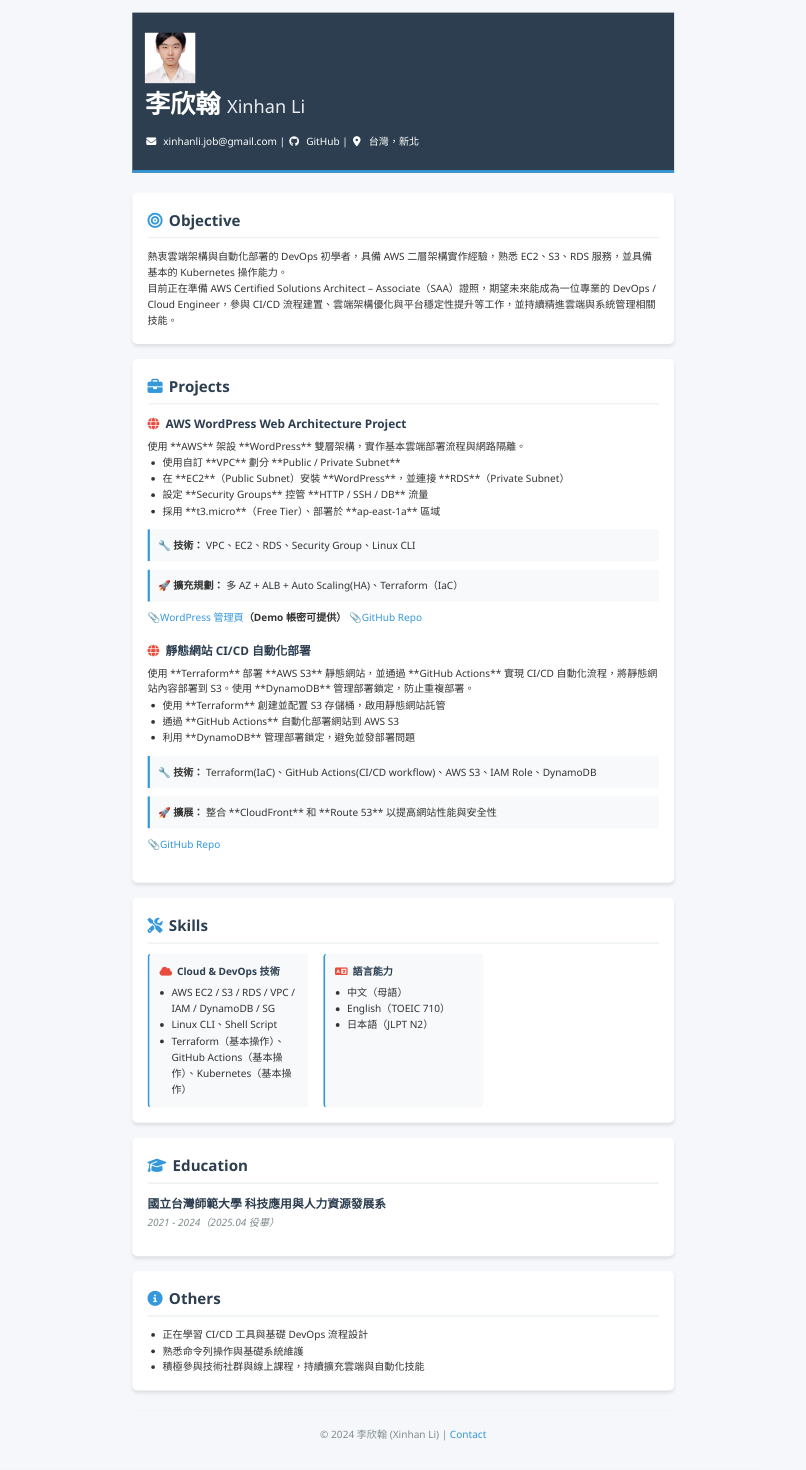
Repository: Graylee0128/aws-tf-ga-personal-website
Page: index.html
An editor plug-in stored every save of this project. The page is shown before and after the next save, followed by the edit.
The browser window is 1280 px wide. The pictures show the whole page, at 63% of full size.

Above is the page before, as saved 2025-04-22 12:36:05.

### index.html
<!DOCTYPE html>
<html lang="zh-TW">
<head>
    <meta charset="UTF-8">
    <meta name="viewport" content="width=device-width, initial-scale=1.0">
    <title>李欣翰 (Xinhan Li) | DevOps & Cloud Engineer</title>
    <link rel="stylesheet" href="/styles/styles.css">
    <link rel="stylesheet" href="https://cdnjs.cloudflare.com/ajax/libs/font-awesome/6.4.0/css/all.min.css">
</head>
<body>
    <div class="container">
        <header>
            <div class="header-content">
                <div class="avatar-container" style="width:80px; height:80px;">
                    <img src="/images/head.JPG" alt="大頭" style="width:100%; height:100%; object-fit:cover;">
                </div>
                <h1>李欣翰 <span class="en-name">Xinhan Li</span></h1>
                <div class="contact-info">
                    <p><i class="fas fa-envelope"></i> <a href="mailto:xinhanli.job@gmail.com">xinhanli.job@gmail.com</a> |
                    <i class="fab fa-github"></i> <a href="https://github.com/yourusername" target="_blank">GitHub</a> |
                    <i class="fas fa-map-marker-alt"></i> 台灣，新北</p>
                </div>
            </div>
        </header>

        <main>
            <section class="card">
                <h2><i class="fas fa-bullseye"></i> Objective</h2>
                <p>熱衷雲端架構與自動化部署的 DevOps 初學者，具備 AWS 二層架構實作經驗，熟悉 EC2、S3、RDS 服務，並具備基本的 Kubernetes 操作能力。</p>
                <p>目前正在準備 AWS Certified Solutions Architect – Associate（SAA）證照，期望未來能成為一位專業的 DevOps / Cloud Engineer，參與 CI/CD 流程建置、雲端架構優化與平台穩定性提升等工作，並持續精進雲端與系統管理相關技能。</p>
            </section>

            <section class="card">
                <h2><i class="fas fa-briefcase"></i> Projects</h2>

                <div class="project">
                    <h3><i class="fas fa-globe"></i> AWS WordPress Web Architecture Project</h3>
                    <p>使用 **AWS** 架設 **WordPress** 雙層架構，實作基本雲端部署流程與網路隔離。</p>
                    <ul>
                        <li>使用自訂 **VPC** 劃分 **Public / Private Subnet**</li>
                        <li>在 **EC2**（Public Subnet）安裝 **WordPress**，並連接 **RDS**（Private Subnet）</li>
                        <li>設定 **Security Groups** 控管 **HTTP / SSH / DB** 流量</li>
                        <li>採用 **t3.micro**（Free Tier）、部署於 **ap-east-1a** 區域</li>
                    </ul>
                    <div class="tech-box">
                        <strong>🔧 技術：</strong> VPC、EC2、RDS、Security Group、Linux CLI
                    </div>
                    <div class="tech-box">
                        <strong>🚀 擴充規劃：</strong> 多 AZ + ALB + Auto Scaling(HA)、Terraform（IaC）
                    </div>
                    <div class="demo-link">
                        <strong>📎<a href="http://18.162.194.92/wp-admin/" target="_blank">WordPress 管理頁</a>（Demo 帳密可提供）</strong>
                        <strong>📎<a href="https://github.com/Graylee0128/aws-web-project" target="_blank">GitHub Repo</a></strong>
                    </div>
                </div>

                <div class="project">
                    <h3><i class="fas fa-globe"></i> 靜態網站 CI/CD 自動化部署</h3>
                    <p>使用 **Terraform** 部署 **AWS S3** 靜態網站，並通過 **GitHub Actions** 實現 CI/CD 自動化流程，將靜態網站內容部署到 S3。使用 **DynamoDB** 管理部署鎖定，防止重複部署。</p>
                    <ul>
                        <li>使用 **Terraform** 創建並配置 S3 存儲桶，啟用靜態網站託管</li>
                        <li>通過 **GitHub Actions** 自動化部署網站到 AWS S3</li>
                        <li>利用 **DynamoDB** 管理部署鎖定，避免並發部署問題</li>
                    </ul>
                    <div class="tech-box">
                        <strong>🔧 技術：</strong> Terraform(IaC)、GitHub Actions(CI/CD workflow)、AWS S3、IAM Role、DynamoDB
                    </div>
                    <div class="tech-box">
                        <strong>🚀 擴展：</strong> 整合 **CloudFront** 和 **Route 53** 以提高網站性能與安全性
                    </div>
                    <div class="demo-link">
                        <strong>📎<a href="https://github.com/Graylee0128/aws-tf-ga-personal-website" target="_blank">GitHub Repo</a></strong>
                    </div>
                </div>
            </section>

            <section class="card">
                <h2><i class="fas fa-tools"></i> Skills</h2>
                <div class="skills-container">
                    <div class="skill-category">
                        <h4><i class="fas fa-cloud"></i> Cloud & DevOps 技術</h4>
                        <ul>
                            <li>AWS EC2 / S3 / RDS / VPC / IAM / DynamoDB / SG</li>
                            <li>Linux CLI、Shell Script</li>
                            <li>Terraform（基本操作）、GitHub Actions（基本操作）、Kubernetes（基本操作）</li>
                        </ul>
                    </div>
                    <div class="skill-category">
                        <h4><i class="fas fa-language"></i> 語言能力</h4>
                        <ul>
                            <li>中文（母語）</li>
                            <li>English（TOEIC 710）</li>
                            <li>日本語（JLPT N2）</li>
                        </ul>
                    </div>
                </div>
            </section>


            <section class="card">
                <h2><i class="fas fa-graduation-cap"></i> Education</h2>
                <div class="education-item">
                    <h3>國立台灣師範大學 科技應用與人力資源發展系</h3>
                    <p class="date">2021 - 2024（2025.04 役畢）</p>
                </div>
            </section>

            <section class="card">
                <h2><i class="fas fa-info-circle"></i> Others</h2>
                <ul class="others-list">
                    <li>正在學習 CI/CD 工具與基礎 DevOps 流程設計</li>
                    <li>熟悉命令列操作與基礎系統維護</li>
                    <li>積極參與技術社群與線上課程，持續擴充雲端與自動化技能</li>
                </ul>
            </section>
        </main>

        <footer>
            <p>© 2024 李欣翰 (Xinhan Li) | <a href="mailto:xinhanli.job@gmail.com">Contact</a></p>
        </footer>
    </div>
</body>
</html>

### styles/styles.css
/* Base Styles */
:root {
    --primary-color: #3498db;
    --secondary-color: #2c3e50;
    --accent-color: #e74c3c;
    --light-color: #ecf0f1;
    --dark-color: #2c3e50;
    --text-color: #333;
    --text-light: #7f8c8d;
    --card-shadow: 0 4px 6px rgba(0, 0, 0, 0.1);
    --transition: all 0.3s ease;
}

* {
    margin: 0;
    padding: 0;
    box-sizing: border-box;
}

body {
    font-family: 'Segoe UI', Tahoma, Geneva, Verdana, sans-serif;
    line-height: 1.6;
    color: var(--text-color);
    background-color: #f5f7fa;
    padding: 0;
    margin: 0;
}

.container {
    max-width: 900px;
    margin: 0 auto;
    padding: 20px;
}

/* Header Styles */
header {
    background-color: var(--secondary-color);
    color: white;
    padding: 2rem 0;
    margin-bottom: 2rem;
    border-bottom: 4px solid var(--primary-color);
}

.header-content {
    max-width: 900px;
    margin: 0 auto;
    padding: 0 20px;
}

h1 {
    font-size: 2.5rem;
    margin-bottom: 0.5rem;
}

.en-name {
    font-weight: normal;
    font-size: 1.8rem;
    opacity: 0.9;
}

.contact-info {
    margin-top: 1rem;
}

.contact-info a {
    color: white;
    text-decoration: none;
    transition: var(--transition);
}

.contact-info a:hover {
    color: var(--primary-color);
}

.contact-info i {
    margin-right: 5px;
    width: 20px;
    text-align: center;
}

/* Card Styles */
.card {
    background: white;
    border-radius: 8px;
    padding: 1.5rem;
    margin-bottom: 1.5rem;
    box-shadow: var(--card-shadow);
    transition: var(--transition);
}

.card:hover {
    transform: translateY(-5px);
    box-shadow: 0 10px 20px rgba(0, 0, 0, 0.1);
}

.card h2 {
    color: var(--secondary-color);
    margin-bottom: 1rem;
    padding-bottom: 0.5rem;
    border-bottom: 2px solid var(--light-color);
    display: flex;
    align-items: center;
}

.card h2 i {
    margin-right: 10px;
    color: var(--primary-color);
}

/* Project Styles */
.project {
    margin-bottom: 1.5rem;
}

.project h3 {
    color: var(--dark-color);
    margin-bottom: 0.5rem;
    display: flex;
    align-items: center;
}

.project h3 i {
    margin-right: 10px;
    color: var(--accent-color);
}

.project ul {
    margin-left: 1.5rem;
    margin-bottom: 1rem;
}

.tech-box {
    background-color: #f8f9fa;
    border-left: 4px solid var(--primary-color);
    padding: 0.8rem;
    margin: 0.8rem 0;
    border-radius: 0 4px 4px 0;
}

.demo-link {
    margin-top: 0.8rem;
}

.demo-link a {
    color: var(--primary-color);
    text-decoration: none;
    font-weight: 500;
}

.demo-link a:hover {
    text-decoration: underline;
}

/* Skills Styles */
.skills-container {
    display: grid;
    grid-template-columns: repeat(auto-fill, minmax(200px, 1fr));
    gap: 1.5rem;
    margin-top: 1rem;
}

.skill-category {
    background-color: #f8f9fa;
    padding: 1rem;
    border-radius: 6px;
    border-left: 3px solid var(--primary-color);
}

.skill-category h4 {
    color: var(--secondary-color);
    margin-bottom: 0.5rem;
    display: flex;
    align-items: center;
}

.skill-category h4 i {
    margin-right: 8px;
    color: var(--accent-color);
}

.skill-category ul {
    margin-left: 1.2rem;
}

/* Education Styles */
.education-item {
    margin-bottom: 1rem;
}

.education-item h3 {
    color: var(--dark-color);
    margin-bottom: 0.2rem;
}

.date {
    color: var(--text-light);
    font-style: italic;
}

/* Others Styles */
.others-list {
    margin-left: 1.5rem;
}

/* Footer Styles */
footer {
    text-align: center;
    padding: 1.5rem 0;
    margin-top: 2rem;
    color: var(--text-light);
    border-top: 1px solid #eee;
}

footer a {
    color: var(--primary-color);
    text-decoration: none;
}

footer a:hover {
    text-decoration: underline;
}

/* Responsive Design */
@media (max-width: 768px) {
    .skills-container {
        grid-template-columns: 1fr;
    }

    h1 {
        font-size: 2rem;
    }

    .en-name {
        font-size: 1.4rem;
    }

    .header-content, .container {
        padding: 0 15px;
    }
}

@media (max-width: 480px) {
    .contact-info p {
        font-size: 0.9rem;
    }
}


.download-btn-container {
    margin-top: 10px;
}

.download-btn {
    background-color: #4CAF50; /* 綠色背景 */
    color: white; /* 白色文字 */
    border: none; /* 去掉邊框 */
    padding: 10px 20px; /* 上下 10px，左右 20px */
    text-align: center; /* 文字居中 */
    text-decoration: none; /* 去掉底線 */
    display: inline-block; /* 使按鈕並排顯示 */
    font-size: 16px; /* 字體大小 */
    cursor: pointer; /* 鼠標為指針狀 */
    border-radius: 5px; /* 圓角 */
    transition: background-color 0.3s ease; /* 滑鼠懸停顏色變換效果 */
}

.download-btn:hover {
    background-color: #45a049; /* 滑鼠懸停時顏色變深 */
}

After the next save:
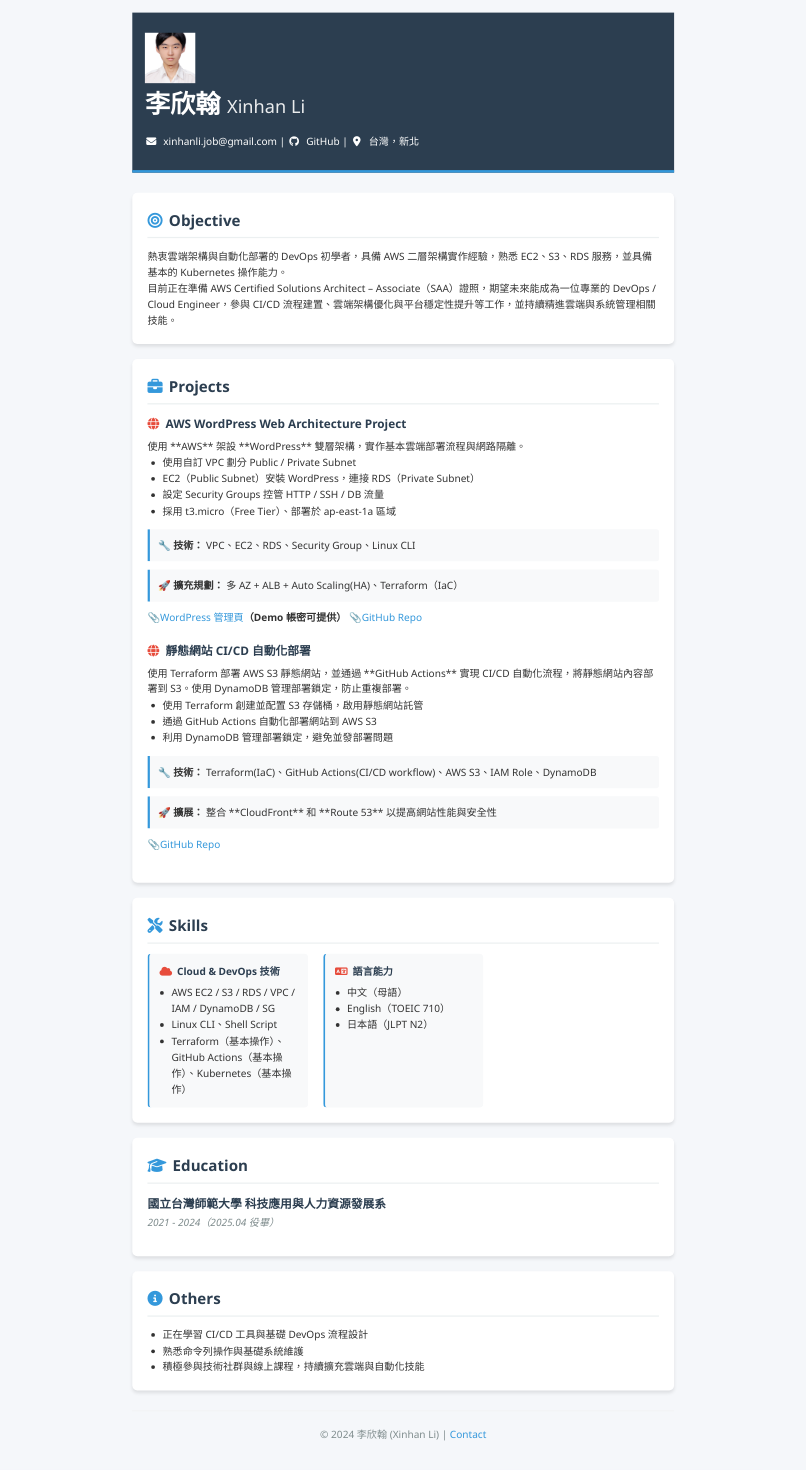
Saved 2 min 20 s later.
--- a/index.html
+++ b/index.html
@@ -37,10 +37,10 @@
                     <h3><i class="fas fa-globe"></i> AWS WordPress Web Architecture Project</h3>
                     <p>使用 **AWS** 架設 **WordPress** 雙層架構，實作基本雲端部署流程與網路隔離。</p>
                     <ul>
-                        <li>使用自訂 **VPC** 劃分 **Public / Private Subnet**</li>
-                        <li>在 **EC2**（Public Subnet）安裝 **WordPress**，並連接 **RDS**（Private Subnet）</li>
-                        <li>設定 **Security Groups** 控管 **HTTP / SSH / DB** 流量</li>
-                        <li>採用 **t3.micro**（Free Tier）、部署於 **ap-east-1a** 區域</li>
+                        <li>使用自訂 VPC 劃分 Public / Private Subnet</li>
+                        <li>EC2（Public Subnet）安裝 WordPress，連接 RDS（Private Subnet）</li>
+                        <li>設定 Security Groups 控管 HTTP / SSH / DB 流量</li>
+                        <li>採用 t3.micro（Free Tier）、部署於 ap-east-1a 區域</li>
                     </ul>
                     <div class="tech-box">
                         <strong>🔧 技術：</strong> VPC、EC2、RDS、Security Group、Linux CLI
@@ -56,11 +56,11 @@
 
                 <div class="project">
                     <h3><i class="fas fa-globe"></i> 靜態網站 CI/CD 自動化部署</h3>
-                    <p>使用 **Terraform** 部署 **AWS S3** 靜態網站，並通過 **GitHub Actions** 實現 CI/CD 自動化流程，將靜態網站內容部署到 S3。使用 **DynamoDB** 管理部署鎖定，防止重複部署。</p>
+                    <p>使用 Terraform 部署 AWS S3 靜態網站，並通過 **GitHub Actions** 實現 CI/CD 自動化流程，將靜態網站內容部署到 S3。使用 DynamoDB 管理部署鎖定，防止重複部署。</p>
                     <ul>
-                        <li>使用 **Terraform** 創建並配置 S3 存儲桶，啟用靜態網站託管</li>
-                        <li>通過 **GitHub Actions** 自動化部署網站到 AWS S3</li>
-                        <li>利用 **DynamoDB** 管理部署鎖定，避免並發部署問題</li>
+                        <li>使用 Terraform 創建並配置 S3 存儲桶，啟用靜態網站託管</li>
+                        <li>通過 GitHub Actions 自動化部署網站到 AWS S3</li>
+                        <li>利用 DynamoDB 管理部署鎖定，避免並發部署問題</li>
                     </ul>
                     <div class="tech-box">
                         <strong>🔧 技術：</strong> Terraform(IaC)、GitHub Actions(CI/CD workflow)、AWS S3、IAM Role、DynamoDB
@@ -96,7 +96,6 @@
                 </div>
             </section>
 
-
             <section class="card">
                 <h2><i class="fas fa-graduation-cap"></i> Education</h2>
                 <div class="education-item">
